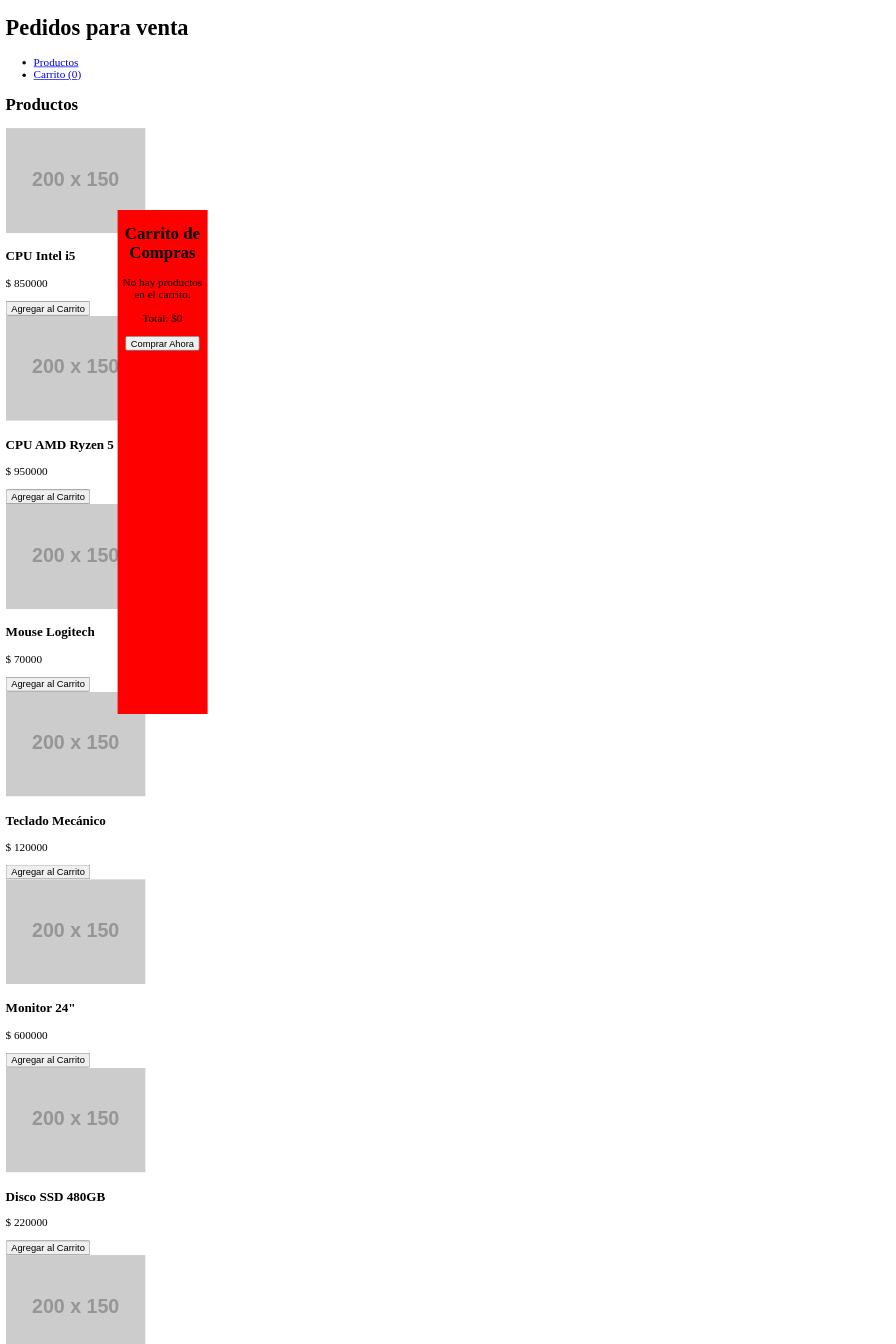
Repository: ye909/RAVPIP
Page: src/templei/ventasPortatil.html
The author's editor kept a copy of each file at every save. The page is drawn from the files as they stood at one save, then again after the next save.
The browser window is 1280 px wide. The pictures show the part of the page from y = 0 to 1920 px (the page is 8244 px tall), at 70% of full size.

Above is the page before, as saved 2025-04-10 08:08:34.
Console error: ReferenceError: updateCart is not defined

### src/templei/ventasPortatil.html


<!DOCTYPE html>
<html lang="es">
<head>
    <meta charset="UTF-8">
    <meta name="viewport" content="width=device-width, initial-scale=1.0">
    <title>Tienda de Medios Tecnológicos</title>
    <link rel="stylesheet" href="../css/ventas.css">
</head>
<body>
  <header>
    <h1>Pedidos para venta </h1>
    <nav>
      <ul>
        <li><a href="#productos">Productos</a></li>
        <li><a href="#carrito">Carrito (<span id="cart-count">0</span>)</a></li>
      </ul>
    </nav>
  </header>

  <main class="containerCarrito">
    <section id="productos">
      <h2>Productos</h2>
      <div class="product-list" id="product-list">

      </div>
    </section>

    <section id="carrito" class="carrito">
      <h2>Carrito de Compras</h2>
      <div id="cart-items">
        <p>No hay productos en el carrito.</p>
      </div>
      <p>Total: $<span id="cart-total">0</span></p>
      <button id="checkout-btn" >Comprar Ahora</button>
    </section>


  </main>

  <!-- <footer>
    <p>&copy; 2023 Tienda de Medios Tecnológicos</p>
  </footer> -->


    <script src="../js/ventas.js"></script>

</body>
</html>

### src/css/ventas.css
/*



body {
    font-family: Arial, sans-serif;
    margin: 0;
    padding: 0;
    background-color: #f4f4f9;
  }

  header {
    background-color: #040445;
    color: #fff;
    padding: 1rem;
    text-align: center;
  }

  header nav ul {
    list-style: none;
    padding: 0;
  }

  header nav ul li {
    display: inline;
    margin: 0 10px;
  }

  header nav ul li a {
    color: #fff;
    text-decoration: none;
  }

  main {
    padding: 20px;
    background: #efebeb;

  }

  .product-list {
    display: flex;
    flex-wrap: wrap;
    gap: 20px;
  }

  .product {
    background-color: #fff;
    border: 1px solid #ddd;
    border-radius: 5px;
    padding: 10px;
    width: 200px;
    text-align: center;
  }

  .product img {
    max-width: 100%;
    height: auto;
  }

  .add-to-cart {
    background-color: #28a745;
    color: #fff;
    border: none;
    padding: 10px;
    cursor: pointer;
    border-radius: 5px;
  }

  .add-to-cart:hover {
    background-color: #218838;
  }

  #carrito {
    margin-top: 20px;
  }



  #checkout-btn {
    background-color: #007bff;
    color: #fff;
    border: none;
    padding: 10px 20px;
    cursor: pointer;
    border-radius: 5px;
  }

  #checkout-btn:disabled {
    background-color: #ccc;
  }

  #cart-items {
    min-height: 100px;
    padding: 10px;
  }
  footer {
    text-align: center;
    padding: 10px;
    background-color: #333;
    color: #fff;
    position: fixed;
    bottom: 0;
    width: 100%;
  } */
  .carrito{
    position: fixed;
    top: 300px;
 text-align: center;
   background:red;
   width:10%;
   margin-left: 160px;
   z-index: 100;
   height: 100%;

  }

### src/js/ventas.js


fetch("../js/datos.json")
  .then(response => response.json())
  .then(data =>{

  data.forEach((item)=>{
    const productlist = document.getElementById("product-list")
    const sudcontainer=document.createElement("div")
    sudcontainer.setAttribute("data-id", item.id); // Suponiendo que el JSON tiene un campo "id"
    sudcontainer.setAttribute("data-name", item.name);
    sudcontainer.setAttribute("data-price", item.price);


    sudcontainer.classList.add("product")
    sudcontainer.innerHTML=`
    <img src="${item.image}" alt="Smartphone X">
   <h3>${item.name} </h3>
   <p>$ ${item.price}</p>
   <button class="add-to-cart">Agregar al Carrito</button>
    `
   productlist.appendChild(sudcontainer)
    console.log(productlist)

  })





  const cart = [];
  let cartTotal = 0;

// Función para actualizar el carrito
 function updateCart() {
   const cartItemsDiv = document.getElementById('cart-items');
   const cartCountSpan = document.getElementById('cart-count');
   const cartTotalSpan = document.getElementById('cart-total');
   const checkoutBtn = document.getElementById('checkout-btn');

  // Limpiar el contenido actual del carrito
   cartItemsDiv.innerHTML = '';

   if (cart.length === 0) {
     cartItemsDiv.innerHTML = '<p>No hay productos en el carrito.</p>';
     checkoutBtn.disabled = true;
   } else {
     cart.forEach(item => {
       const itemDiv = document.createElement('div');
       itemDiv.textContent = `${item.name} - $${item.price}`;
       cartItemsDiv.appendChild(itemDiv);
     });
     checkoutBtn.disabled = false;
   }

   // Actualizar el contador y el total
   cartCountSpan.textContent = cart.length;
   cartTotalSpan.textContent = cartTotal.toFixed(2);
 }

 // Agregar productos al carrito
 document.querySelectorAll('.add-to-cart').forEach(button => {
   button.addEventListener('click', () => {
     const productDiv = button.parentElement;
     const productId = productDiv.dataset.id;
     const productName = productDiv.dataset.name;
     const productPrice = parseFloat(productDiv.dataset.price);

//     // Verificar si el producto ya está en el carrito
     const existingItem = cart.find(item => item.id === productId);
     if (existingItem) {
       existingItem.quantity += 1;
     } else {
       cart.push({ id: productId, name: productName, price: productPrice, quantity: 1 });
     }

     // Actualizar el total
     cartTotal += productPrice;

     // Actualizar la vista del carrito
     updateCart();
   });
 });

 document.getElementById("checkout-btn").addEventListener("click",verCarrito)

 function verCarrito() {
  alert("a")
  // const containerCarrito

 }
} )
 // Inicializar el carrito
 updateCart();

### src/js/datos.json

[
  { "id": 1,
  "name": "CPU Intel i5",
   "price": 850000,
   "image": "https://via.placeholder.com/200x150?text=CPU+Intel+i5" },
  { "id": 2, "name": "CPU AMD Ryzen 5", "price": 950000, "image": "https://via.placeholder.com/200x150?text=Ryzen+5" },
  { "id": 3, "name": "Mouse Logitech", "price": 70000, "image": "https://via.placeholder.com/200x150?text=Mouse" },
  { "id": 4, "name": "Teclado Mecánico", "price": 120000, "image": "https://via.placeholder.com/200x150?text=Teclado" },
  { "id": 5, "name": "Monitor 24\"", "price": 600000, "image": "https://via.placeholder.com/200x150?text=Monitor" },
  { "id": 6, "name": "Disco SSD 480GB", "price": 220000, "image": "https://via.placeholder.com/200x150?text=SSD" },
  { "id": 7, "name": "Disco HDD 1TB", "price": 180000, "image": "https://via.placeholder.com/200x150?text=HDD" },
  { "id": 8, "name": "Tarjeta de Video GTX 1660", "price": 1350000, "image": "https://via.placeholder.com/200x150?text=GPU" },
  { "id": 9, "name": "Memoria RAM 8GB", "price": 140000, "image": "https://via.placeholder.com/200x150?text=RAM+8GB" },
  { "id": 10, "name": "Gabinete Gamer", "price": 250000, "image": "https://via.placeholder.com/200x150?text=Gabinete" },
  { "id": 11, "name": "Fuente de poder 600W", "price": 180000, "image": "https://via.placeholder.com/200x150?text=PSU+600W" },
  { "id": 12, "name": "Mousepad XL", "price": 40000, "image": "https://via.placeholder.com/200x150?text=Mousepad" },
  { "id": 13, "name": "Cooler para CPU", "price": 85000, "image": "https://via.placeholder.com/200x150?text=Cooler" },
  { "id": 14, "name": "Cámara Web HD", "price": 90000, "image": "https://via.placeholder.com/200x150?text=Webcam" },
  { "id": 15, "name": "Audífonos Gamer", "price": 110000, "image": "https://via.placeholder.com/200x150?text=Headset" },
  { "id": 16, "name": "Tarjeta madre Intel", "price": 480000, "image": "https://via.placeholder.com/200x150?text=Motherboard" },
  { "id": 17, "name": "Tarjeta madre AMD", "price": 500000, "image": "https://via.placeholder.com/200x150?text=Motherboard+AMD" },
  { "id": 18, "name": "Router Wi-Fi", "price": 130000, "image": "https://via.placeholder.com/200x150?text=Router" },
  { "id": 19, "name": "Impresora multifuncional", "price": 600000, "image": "https://via.placeholder.com/200x150?text=Impresora" },
  { "id": 20, "name": "USB 64GB", "price": 45000, "image": "https://via.placeholder.com/200x150?text=USB+64GB" },
  { "id": 21, "name": "Disco Externo 2TB", "price": 370000, "image": "https://via.placeholder.com/200x150?text=Disco+Externo" },
  { "id": 22, "name": "Switch de red", "price": 160000, "image": "https://via.placeholder.com/200x150?text=Switch" },
  { "id": 23, "name": "Cable HDMI", "price": 25000, "image": "https://via.placeholder.com/200x150?text=HDMI" },
  { "id": 24, "name": "Cable SATA", "price": 15000, "image": "https://via.placeholder.com/200x150?text=SATA" },
  { "id": 25, "name": "Antena Wi-Fi USB", "price": 30000, "image": "https://via.placeholder.com/200x150?text=Antena+WiFi" },
  { "id": 26, "name": "Adaptador USB-C", "price": 20000, "image": "https://via.placeholder.com/200x150?text=USB-C" },
  { "id": 27, "name": "Soporte Monitor", "price": 60000, "image": "https://via.placeholder.com/200x150?text=Soporte" },
  { "id": 28, "name": "Lector de tarjetas", "price": 28000, "image": "https://via.placeholder.com/200x150?text=Lector" },
  { "id": 29, "name": "Batería portátil", "price": 85000, "image": "https://via.placeholder.com/200x150?text=Power+Bank" },
  { "id": 30, "name": "Hub USB 4 Puertos", "price": 55000, "image": "https://via.placeholder.com/200x150?text=USB+Hub" }
]

After the next save:
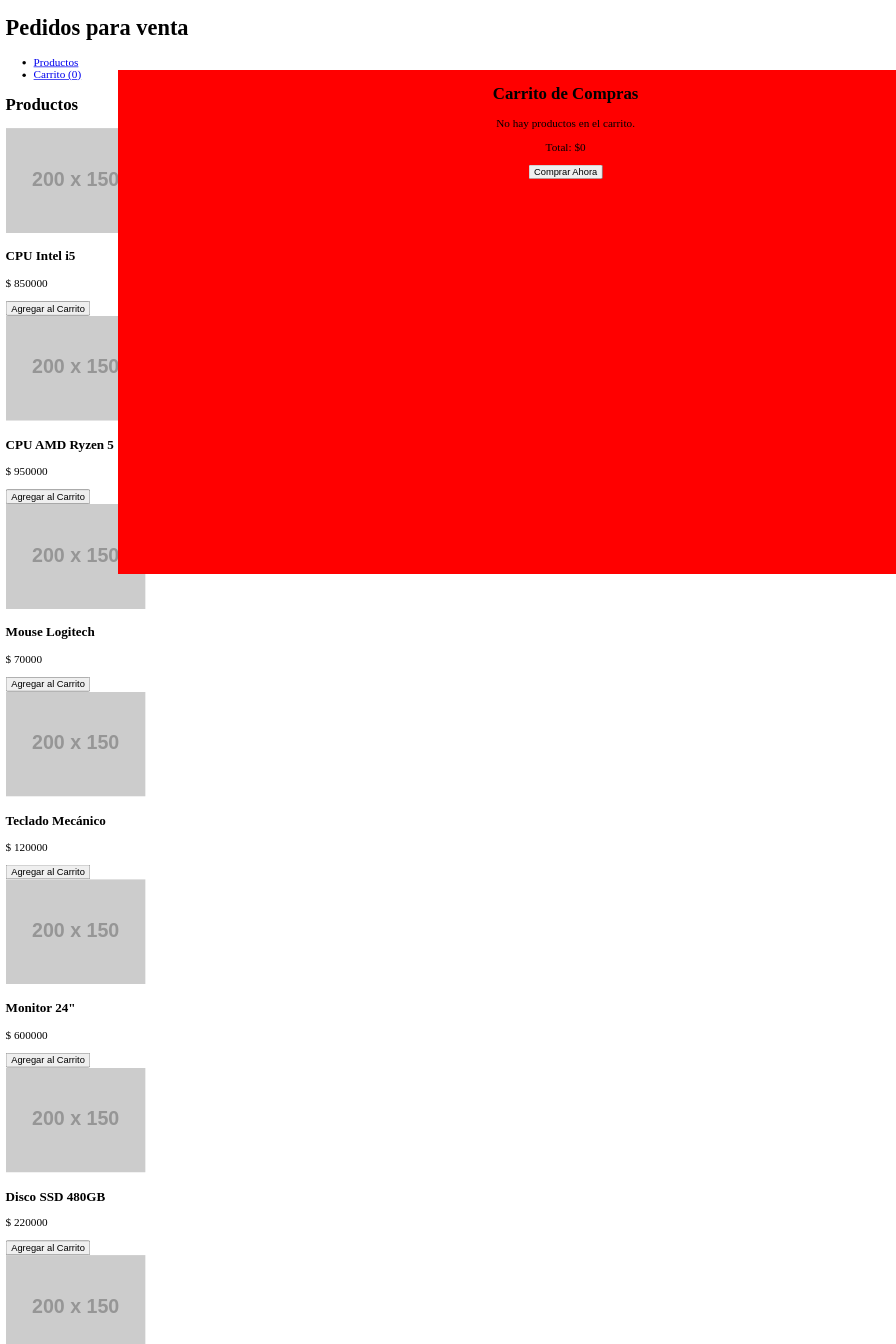
Saved 7 s later.
--- a/src/css/ventas.css
+++ b/src/css/ventas.css
@@ -104,10 +104,10 @@ body {
   } */
   .carrito{
     position: fixed;
-    top: 300px;
+    top: 100px;
  text-align: center;
    background:red;
-   width:10%;
+   width:100%;
    margin-left: 160px;
    z-index: 100;
    height: 100%;
